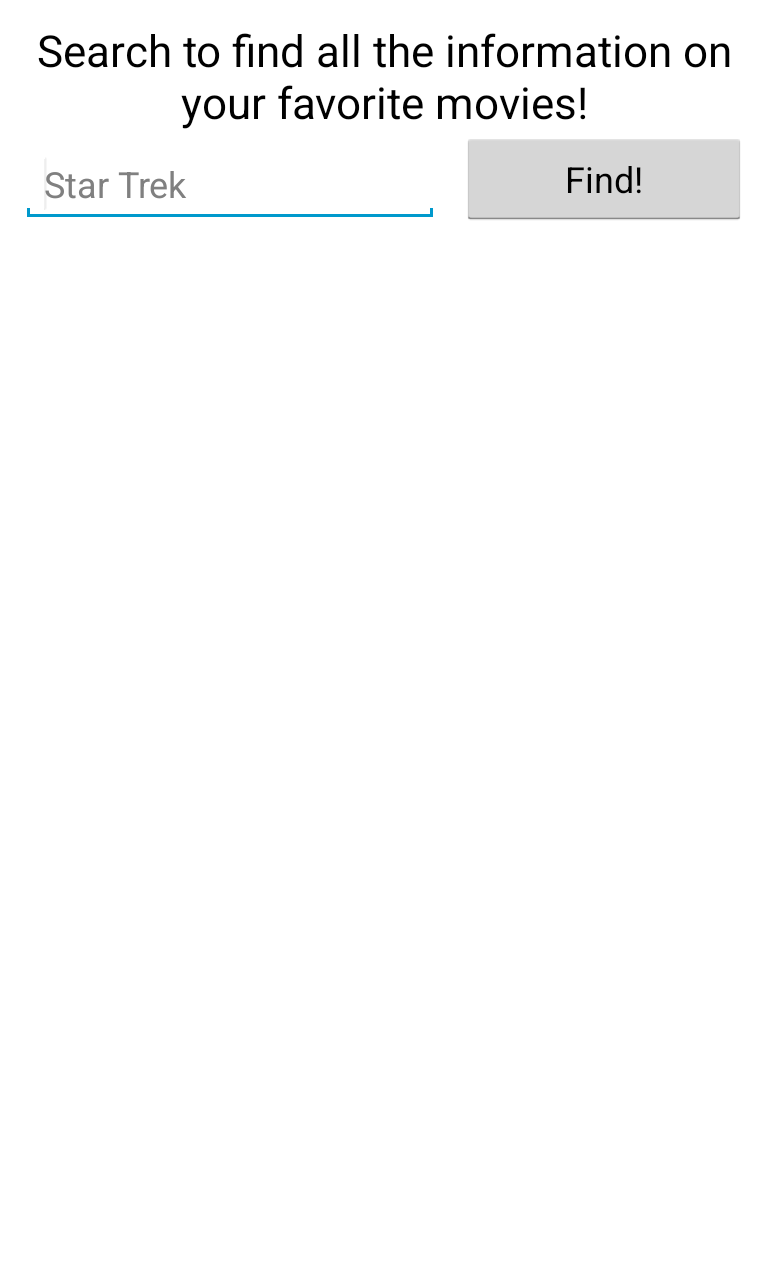
Repository: laurenelder/Java2_Elder
Layout: MovieLookup/res/layout/activity_main.xml
An editor plug-in stored every save of this project. The layout is shown before and after the next save, followed by the edit.
It is drawn on a 768 x 1280 px phone screen (xhdpi) without system bars, with theme AppTheme; the app's code is not run. Lists and similar views that code fills are empty.

Above is the layout before, as saved 2014-07-11 00:03:03.

### MovieLookup/res/layout/activity_main.xml
<LinearLayout xmlns:android="http://schemas.android.com/apk/res/android"
    xmlns:tools="http://schemas.android.com/tools"
    android:id="@+id/container"
    android:layout_width="match_parent"
    android:layout_height="match_parent"
    android:orientation="vertical"
    tools:context="com.laurenelder.movielookup.MainActivity"
    tools:ignore="MergeRootFrame" >

    <TextView
        android:id="@+id/textView1"
        android:layout_width="wrap_content"
        android:layout_height="wrap_content"
        android:text="@string/title_text"
        android:textAppearance="?android:attr/textAppearanceLarge"
        android:layout_gravity="center"
        android:layout_marginTop="10dp"
        android:gravity="center" />

    <RelativeLayout
        android:layout_width="match_parent"
        android:layout_height="wrap_content" >

        <EditText
            android:id="@+id/searchField"
            android:layout_width="wrap_content"
            android:layout_height="wrap_content"
            android:layout_alignParentLeft="true"
            android:layout_alignParentTop="true"
            android:layout_marginLeft="10dp"
            android:layout_marginTop="7dp"
            android:hint="@string/search_hint"
            android:ems="10" >

            <requestFocus />
        </EditText>

        <Button
            android:id="@+id/findButton"
            android:layout_width="wrap_content"
            android:layout_height="wrap_content"
            android:layout_alignParentTop="true"
            android:layout_alignParentRight="true"
            android:layout_toRightOf="@+id/searchField"
            android:layout_marginRight="10dp"
            android:layout_marginLeft="10dp"
            android:text="@string/button_text" />

    </RelativeLayout>

    <ListView
        android:id="@+id/list"
        android:layout_width="match_parent"
        android:layout_height="wrap_content" >
    </ListView>

</LinearLayout>

### MovieLookup/res/values/strings.xml
<?xml version="1.0" encoding="utf-8"?>
<resources>

    <string name="app_name">Movie Lookup</string>
    <string name="hello_world">Hello world!</string>
    <string name="action_settings">Settings</string>
    <string name="title_text">Search to find all the information on your favorite movies!</string>
    <string name="button_text">Find!</string>
    <string name="search_hint">Star Trek</string>
    <string name="main_api">http://www.omdbapi.com/?s=Star%20Trek_r=JSON</string>
    <string name="post_api">Star Trek</string>
    <string name="input_notification">Please enter a movie you would like to search for.</string>
    <string name="connection_notification">Connection Error: Please check to make sure you have an internet connection.</string>
    <string name="searching_notification">We are searching for your movie</string>
    <string name="file_name">apiJSONdata.txt</string>

</resources>

Loaded but not shown: MovieLookup/res/values/styles.xml (common file); MovieLookup/res/values-v11/styles.xml (common file); MovieLookup/res/values-v14/styles.xml (common file)

After the next save:
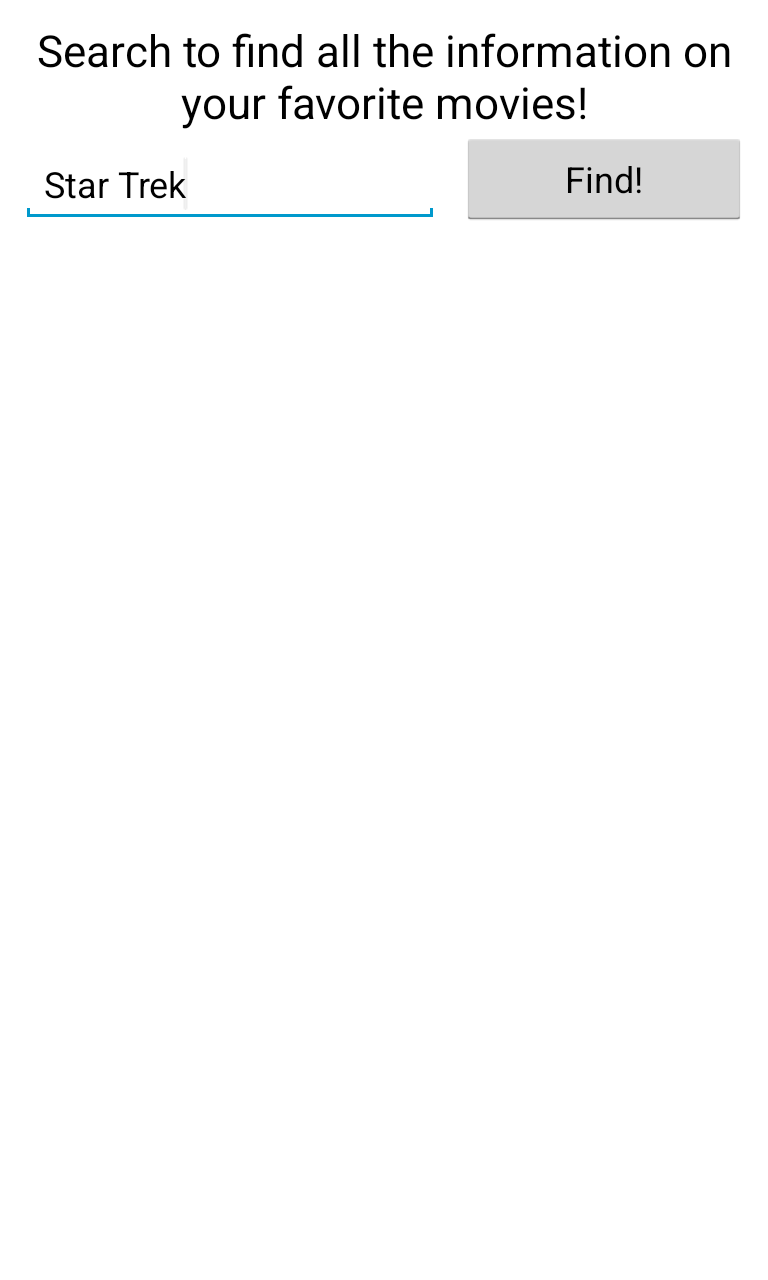
Saved 6 min 4 s later.
--- a/MovieLookup/res/layout/activity_main.xml
+++ b/MovieLookup/res/layout/activity_main.xml
@@ -29,7 +29,7 @@
             android:layout_alignParentTop="true"
             android:layout_marginLeft="10dp"
             android:layout_marginTop="7dp"
-            android:hint="@string/search_hint"
+            android:text="@string/search_hint"
             android:ems="10" >
 
             <requestFocus />

After the save that followed:
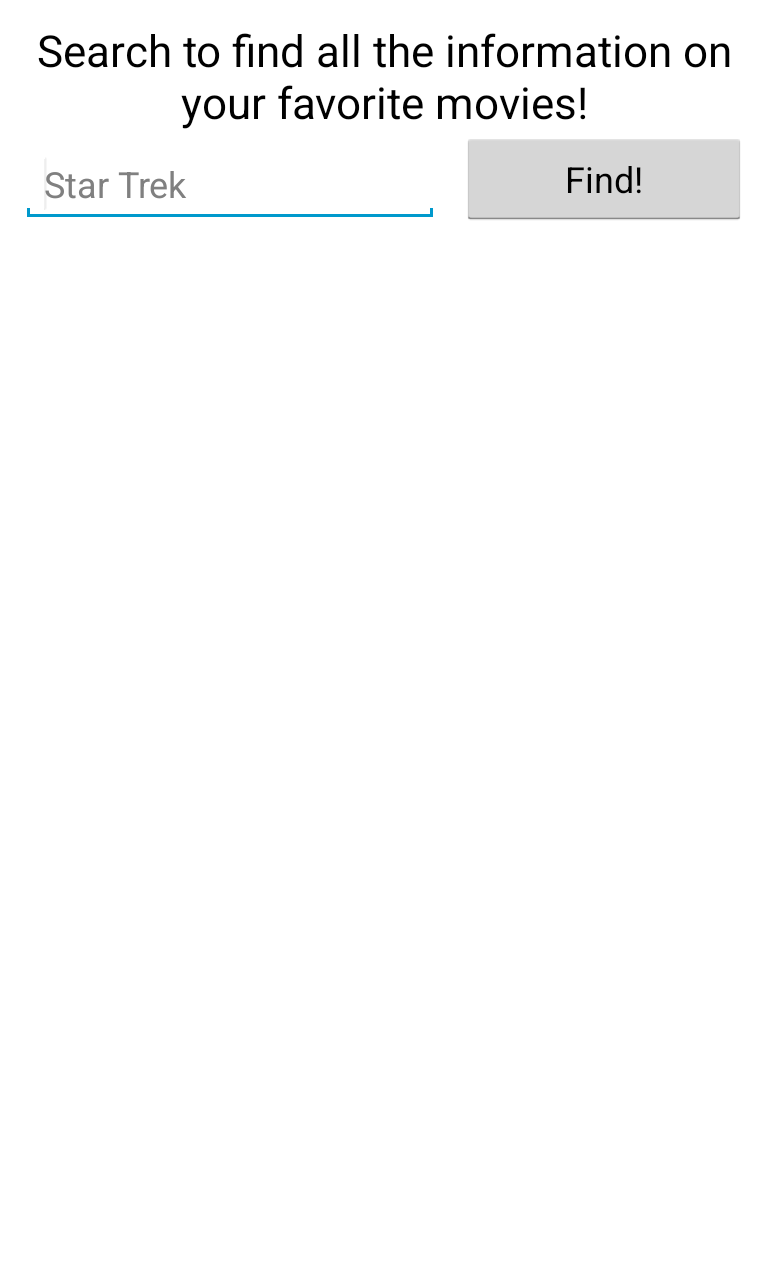
Saved 26 s later.
--- a/MovieLookup/res/layout/activity_main.xml
+++ b/MovieLookup/res/layout/activity_main.xml
@@ -29,7 +29,7 @@
             android:layout_alignParentTop="true"
             android:layout_marginLeft="10dp"
             android:layout_marginTop="7dp"
-            android:text="@string/search_hint"
+            android:hint="@string/search_hint"
             android:ems="10" >
 
             <requestFocus />
